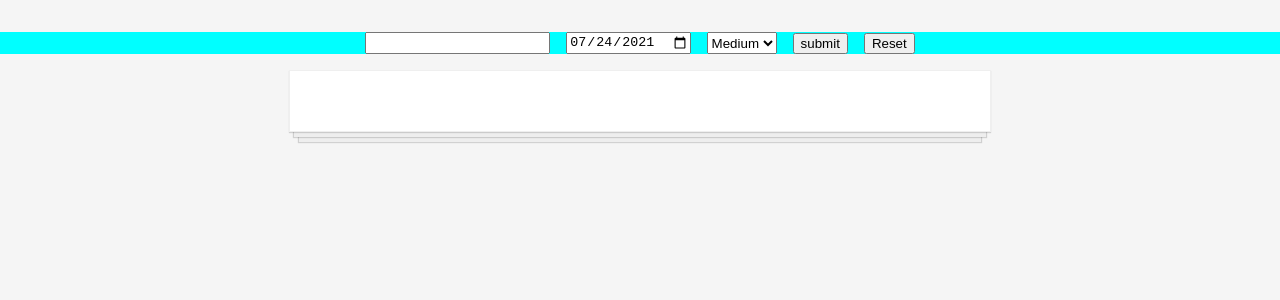
Repository: 0101chaitanya/react-todo
Page: /
An editor plug-in stored every save of this project. The page is shown before and after the next save, followed by the edit.
The browser window is 1280 px wide. The pictures show the whole page.
The project was rebuilt for these pictures with package versions that can differ from the ones it lists, and the page was loaded fresh each time. Also part of the build but not shown: src/components/TodoItem.js.

Above is the page before, as saved 2021-07-24 16:34:41.

### src/index.js
import React from "react";
import ReactDOM from "react-dom";
import "./index.css";
import App from "./App";
import reportWebVitals from "./reportWebVitals";
import css from "./App.css";

ReactDOM.render(
  <React.StrictMode>
    <App />
  </React.StrictMode>,
  document.getElementById("root")
);

// If you want to start measuring performance in your app, pass a function
// to log results (for example: reportWebVitals(console.log))
// or send to an analytics endpoint. Learn more: https://bit.ly/CRA-vitals
reportWebVitals();

### src/App.js
import React, { Component } from "react";
import TodoState from "./components/todoState";
import InputForm from "./components/InputForm";
import uniqid from "uniqid";
import { format } from "date-fns";
import css from "./App.css";
class App extends Component {
  constructor() {
    super();
    this.handleSubmit = this.handleSubmit.bind(this);
    this.state = {
      tasksArray: JSON.parse(localStorage.getItem("tasksArray")) ?? [],
    };
  }
  handleSubmit(e, input, context) {
    input.id = uniqid();

    e.preventDefault();
    this.setState(
      (prevState) => ({
        tasksArray: prevState.tasksArray.concat(input),
      }),
      () => {
        localStorage.setItem(
          "tasksArray",
          JSON.stringify(this.state.tasksArray)
        );
      }
    );

    console.log(this.state.tasksArray);
    //e.target.reset();
    e.target.submit();
  }

  render() {
    //localStorage.removeItem("tasksArray");
    //localStorage.clear();
    localStorage.setItem("tasksArray", JSON.stringify(this.state.tasksArray));
    console.log(this.state.tasksArray);

    //console.log(JSON.parse(localStorage.getItem("tasksArray")));
    return (
      <div>
        <InputForm
          className="input-form"
          //item={this.cache}
          //handleNoSubmission={this.handleNoSubmission}
          handleSubmit={this.handleSubmit}
        />
        <TodoState tasksArray={this.state.tasksArray} />
      </div>
    );
  }
}

export default App;

### src/App.css
body {
  background-color: whitesmoke;
}

.todo-list {
  background-color: white;
  margin: auto;
  width: 50%;
  display: flex;
  flex-direction: column;
  align-items: center;
  border: 1px solid #efefef;
  box-shadow:
    /* The top layer shadow */ 0 1px 1px rgba(0, 0, 0, 0.15),
    /* The second layer */ 0 10px 0 -5px #eee,
    /* The second layer shadow */ 0 10px 1px -4px rgba(0, 0, 0, 0.15),
    /* The third layer */ 0 20px 0 -10px #eee,
    /* The third layer shadow */ 0 20px 1px -9px rgba(0, 0, 0, 0.15);
  padding: 30px;
}

.todo-item {
  display: flex;
  justify-content: flex-start;
  align-items: center;
  padding: 30px 20px 0;
  width: 70%;
  border-bottom: 1px solid #cecece;
  font-family: Roboto, sans-serif;
  font-weight: 100;
  font-size: 15px;
  color: #333333;
}

input[type="checkbox"] {
  margin-right: 10px;
  font-size: 30px;
}

input[type="checkbox"]:focus {
  outline: 0;
}

.input-form {
  background-color: aqua;

  display: grid;
  justify-content: center;
  position: relative;
  top: 2rem;
  margin-bottom: 3rem;
  grid-auto-flow: column;
  grid-gap: 1rem;
}

### src/components/todoState.js
import React from "react";
import TodoItem from "./TodoItem";
import css from "../App.css";
class TodoState extends React.Component {
  constructor(props) {
    super(props);
    this.state = {
      todos: this.props.tasksArray || [],
    };
    this.handleChange = this.handleChange.bind(this);
    //this.handleSubmit = this.handleSubmit.bind(this);
    this.deleteTask = this.deleteTask.bind(this);
    this.callSubmit = this.callSubmit.bind(this);
  }
  callSubmit(e, id, sentState) {
    this.setState(
      (prevState) => {
        const newTd = prevState.todos.map((todo) => {
          if (todo.id === id) {
            todo = sentState;
            return todo;
          } else {
            return todo;
          }
        });
        console.log(newTd);

        return {
          todos: newTd,
        };
      },
      (e) =>
        localStorage.setItem("tasksArray", JSON.stringify(this.state.todos))
    );
  }

  deleteTask(e, id) {
    this.setState(
      (prevState) => {
        const newTd = prevState.todos.filter((todo) => {
          return todo.id === id ? false : todo;
        });
        console.log(newTd);

        return {
          todos: newTd,
        };
      },
      (e) =>
        localStorage.setItem("tasksArray", JSON.stringify(this.state.todos))
    );
  }
  handleChange(id) {
    this.setState(
      (prevState) => {
        const newTodos = prevState.todos.map((todo) => {
          if (todo.id === id) {
            return {
              ...todo,
              completed: !todo.completed,
            };
          }
          return todo;
        });
        return {
          todos: newTodos,
        };
      },
      (e) =>
        localStorage.setItem("tasksArray", JSON.stringify(this.state.todos))
    );
  }
  render() {
    const todoItems = this.state.todos.map((item) => (
      <TodoItem
        key={item.id}
        item={item}
        callSubmit={this.callSubmit}
        deleteTask={this.deleteTask}
        handleChange={this.handleChange}
      />
    ));

    return (
      <div>
        <div className="todo-list">{todoItems}</div>
      </div>
    );
  }
}

export default TodoState;

### src/components/InputForm.js
import React from "react";
import uniqid from "uniqid";
import parseISO from "date-fns/parseISO";
import differenceInDays from "date-fns/differenceInDays";
import { format } from "date-fns";

class InputForm extends React.Component {
  constructor(props) {
    super(props);
    this.state = this.props.item || {
      description: "",
      date: format(new Date(), "yyyy-MM-dd"),
      priority: "medium",
      completed: false,
    };
    this.handleChange = this.handleChange.bind(this);
  }

  handleChange(e) {
    const { name, value } = e.target;
    this.setState({
      ...this.state,

      [name]: value,
    });
  }

  render() {
    const bin = this.props.item;

    return (
      <form
        className="input-form"
        onSubmit={(e) => {
          this.props.handleSubmit(e, this.state, this);
          this.setState({
            description: "",
            date: format(new Date(), "yyyy-MM-dd"),
            priority: "medium",
            id: uniqid(),
            priorityTags: ["medium"],
            dateTags: [],
            completed: false,
          });
        }}
        onReset={(e) => {
          //e.preventDefault();
          this.setState({
            state: bin,
          });
        }}
      >
        <input
          onChange={this.handleChange}
          value={this.state.description}
          name="description"
          type="text"
          required
        />
        <input
          required
          onChange={this.handleChange}
          value={this.state.date}
          name="date"
          type="date"
        />
        <select
          onChange={this.handleChange}
          value={this.state.priority}
          name="priority"
          required
        >
          <option value="low">Low</option>
          <option value="medium">Medium</option>
          <option value="high">High</option>
        </select>

        <label>
          <input type="submit" value="submit" />
        </label>
        <label>
          <input type="reset" value="Reset" />
        </label>
      </form>
    );
  }
}
export default InputForm;

Loaded but not shown: public/index.html (common file); src/index.css (common file); src/reportWebVitals.js (common file)

After the next save:
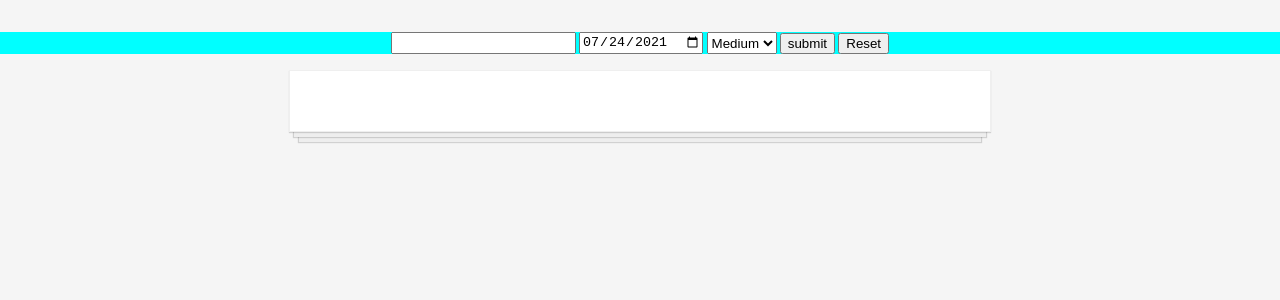
Saved 5 s later.
--- a/src/App.css
+++ b/src/App.css
@@ -50,5 +50,5 @@ input[type="checkbox"]:focus {
   top: 2rem;
   margin-bottom: 3rem;
   grid-auto-flow: column;
-  grid-gap: 1rem;
+  grid-gap: 0.2rem;
 }
